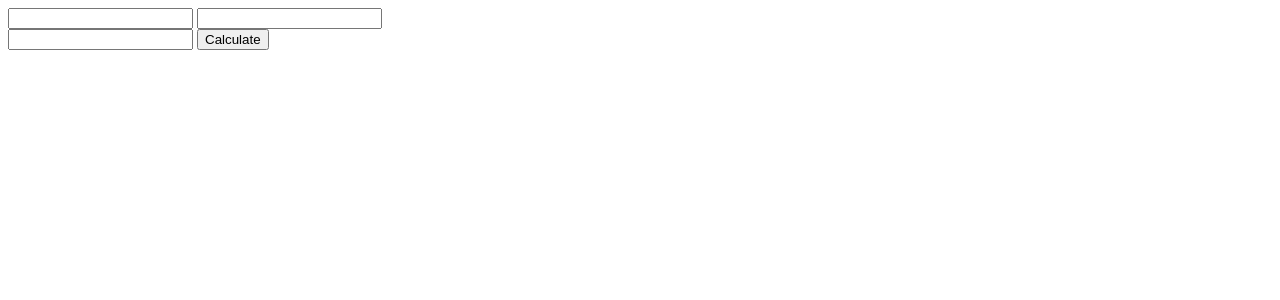
Repository: KHALIFASAID2020/Javascript-UDEMY-WEB
Page: index3.html
The author's editor kept a copy of each file at every save. The page is drawn from the files as they stood at one save, then again after the next save.
The browser window is 1280 px wide. The pictures show the whole page.

Above is the page before, as saved 2019-10-22 00:38:28.

### index3.html
<!DOCTYPE html>
<html lang="en">
<head>
    <meta charset="UTF-8">
    <meta name="viewport" content="width=device-width, initial-scale=1.0">
    <meta http-equiv="X-UA-Compatible" content="ie=edge">
    <script>
        function calc(){
          val1=  document.getElementById("val1").value;
          val2=document.getElementById("val2").value;
          document.getElementById("result").value='<input type="text" value="'+(val1*val2)+'">';
        }
    </script>
    <title>Document</title>
</head>
<body>
    <input type="text" id="val1">
    <input type="text" id="val2">
   <!--  <p id="result"></p> -->
   <br>
   <input type="text" id="result">

    <button onClick="calc()">Calculate</button>
</body>
</html>

After the next save:
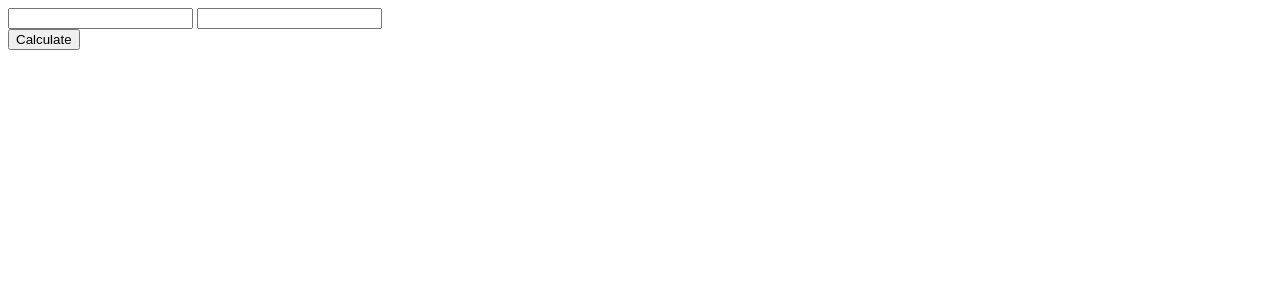
Saved 10 s later.
--- a/index3.html
+++ b/index3.html
@@ -18,8 +18,7 @@
     <input type="text" id="val2">
    <!--  <p id="result"></p> -->
    <br>
-   <input type="text" id="result">
-
+  <span id="result"></span>
     <button onClick="calc()">Calculate</button>
 </body>
 </html>
